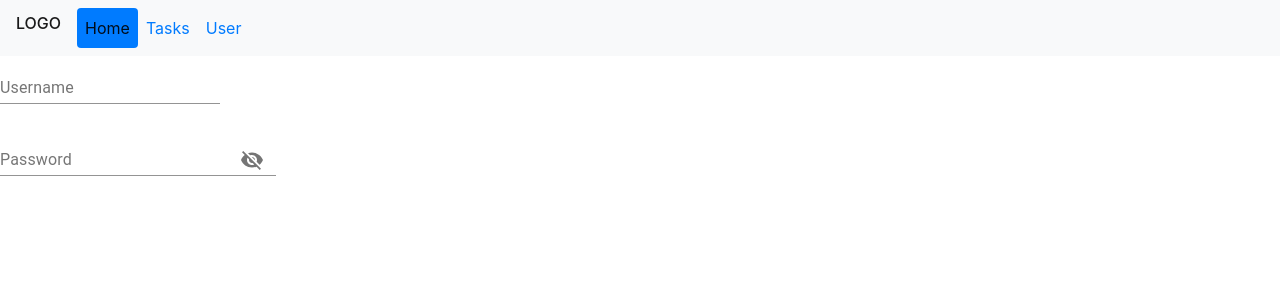
Repository: lalji-yadav/Nimapinfotech-demo-project
Page: /login
The author's editor kept a copy of each file at every save. The page is drawn from the files as they stood at one save, then again after the next save.
The browser window is 1280 px wide. The pictures show the whole page.
The project was rebuilt for these pictures with package versions that can differ from the ones it lists, and the page was loaded fresh each time. Also part of the build but not shown: src/App.css, src/components/Home.js, src/components/Tasks.js, src/components/Users.js.

Above is the page before, as saved 2021-01-17 10:08:43.

### src/App.js
import './App.css';
import Navbar from "./components/Navbars";
import Login from "./components/Login";


function App() {
  return (
    <div>

    {/* <Login /> */}
    <Navbar />
    </div>
  );
}

export default App;

### src/components/Navbars.js
import React from 'react';
import { Navbar,Nav,NavDropdown,Form,FormControl ,Button } from 'react-bootstrap';
import {
  BrowserRouter as Router,
  Switch,
  Route,
  Link
} from "react-router-dom";

import Home from "./Home";
import Tasks from "./Tasks";
import User from "./Users";
import Login from "./Login";


const Navbars=()=> {
        return (
            <div>

              <Router>
                  <Navbar bg="light" expand="lg">
                      <Navbar.Brand> <h6>LOGO</h6></Navbar.Brand>
                      <Navbar.Toggle aria-controls="basic-navbar-nav" />
                      <Navbar.Collapse id="basic-navbar-nav">
                      <Nav variant="pills" defaultActiveKey="/">
                        <Nav.Item>
                          <Nav.Link href="/">Home </Nav.Link>
                        </Nav.Item>
                        <Nav.Item>
                          <Nav.Link eventKey="link-1"> <Link to="/tasks"> Tasks </Link> </Nav.Link>
                        </Nav.Item>
                        <Nav.Item>
                          <Nav.Link eventKey="link-2">
                          <Link to="/user"> User </Link>
                          </Nav.Link>
                        </Nav.Item>
                      </Nav>
                      </Navbar.Collapse>
                    </Navbar>


                    <Switch>
                      <Route exact path="/" component={Home} />

                      <Route exact path="/user" component={User} />

                      <Route exact path="/tasks" component={Tasks} />

                      <Route exact path="/login" component={Login} />

                    </Switch>
             </Router>

            </div>
        );
    }

export default Navbars;

### src/components/Login.js
// import React from 'react';
// import clsx from 'clsx';
// import {TextField ,FormControl,InputLabel,Input,InputAdornment} from '@material-ui/core';

// const Login=()=> {

//         return (
//             <div>
//                 <h1> Please Login </h1>

//                 <form noValidate autoComplete="off">

//                 <TextField id="Username"
//                  label="Username"
//                   color="primary" />

//                 <FormControl className={clsx(classNames.margin, classes.textField)}>
//                         <InputLabel htmlFor="standard-adornment-password">Password</InputLabel>
//                         <Input
//                             id="standard-adornment-password"
//                             type={values.showPassword ? 'text' : 'password'}
//                             value={values.password}
//                             onChange={handleChange('password')}
//                             endAdornment={
//                             <InputAdornment position="end">
//                                 <IconButton
//                                 aria-label="toggle password visibility"
//                                 onClick={handleClickShowPassword}
//                                 onMouseDown={handleMouseDownPassword}
//                                 >
//                                 {values.showPassword ? <Visibility /> : <VisibilityOff />}
//                                 </IconButton>
//                             </InputAdornment>
//                             }
//                         />
//                         </FormControl>


//                 </form>

//             </div>
//         );
//     }

// export default Login;

import React from 'react';
import {IconButton, TextField,Input,InputLabel,FormControl,InputAdornment} from '@material-ui/core';
import VisibilityIcon from '@material-ui/icons/Visibility';
import VisibilityOffIcon from '@material-ui/icons/VisibilityOff';

 const Login=()=> {

  const [values, setValues] = React.useState({
    password: '',
    showPassword: false,
  });

  const handleChange = (prop) => (event) => {
    setValues({ ...values, [prop]: event.target.value });
  };

  const handleClickShowPassword = () => {
    setValues({ ...values, showPassword: !values.showPassword });
  };

  const handleMouseDownPassword = (event) => {
    event.preventDefault();
  };

  return (
    <div>
      <div>

         <TextField id="Username"
            label="Username"
            color="primary" /> <br /> <br />

        <FormControl>
          <InputLabel htmlFor="standard-adornment-password">Password</InputLabel>
          <Input
            id="standard-adornment-password"
            type={values.showPassword ? 'text' : 'password'}
            value={values.password}
            onChange={handleChange('password')}
            endAdornment={
              <InputAdornment position="end">
                <IconButton
                  aria-label="toggle password visibility"
                  onClick={handleClickShowPassword}
                  onMouseDown={handleMouseDownPassword}
                >
                  {values.showPassword ? <VisibilityIcon /> : <VisibilityOffIcon />}
                </IconButton>
              </InputAdornment>
            }
          />
        </FormControl>
      </div>
    </div>
  );
}

export default Login;

Loaded but not shown: public/index.html (common file); src/index.js (common file); src/index.css (common file); src/reportWebVitals.js (common file); src/App.css (no copy from this time; the picture is the same without it)

After the next save:
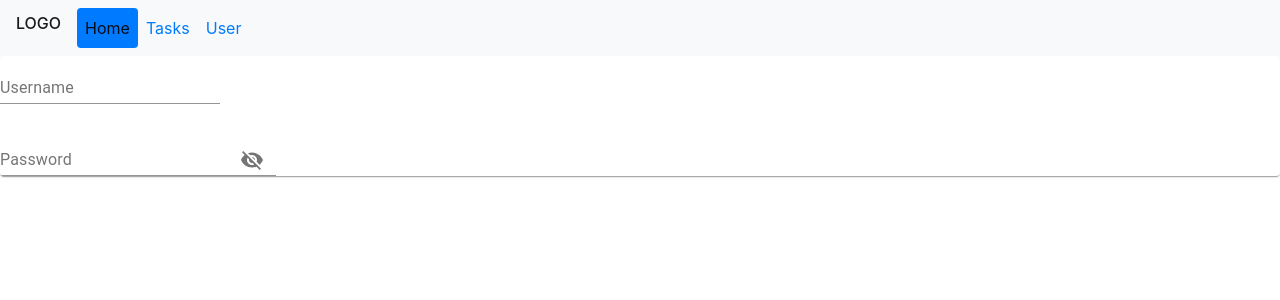
Saved 83 s later.
--- a/src/components/Login.js
+++ b/src/components/Login.js
@@ -45,7 +45,7 @@
 // export default Login;
 
 import React from 'react';
-import {IconButton, TextField,Input,InputLabel,FormControl,InputAdornment} from '@material-ui/core';
+import {IconButton, TextField,Input,InputLabel,FormControl,InputAdornment, Card} from '@material-ui/core';
 import VisibilityIcon from '@material-ui/icons/Visibility';
 import VisibilityOffIcon from '@material-ui/icons/VisibilityOff';
 
@@ -70,7 +70,7 @@ import VisibilityOffIcon from '@material-ui/icons/VisibilityOff';
 
   return (
     <div>
-      <div>
+      <Card>
 
          <TextField id="Username"
             label="Username"
@@ -96,7 +96,7 @@ import VisibilityOffIcon from '@material-ui/icons/VisibilityOff';
             }
           />
         </FormControl>
-      </div>
+      </Card>
     </div>
   );
 }
